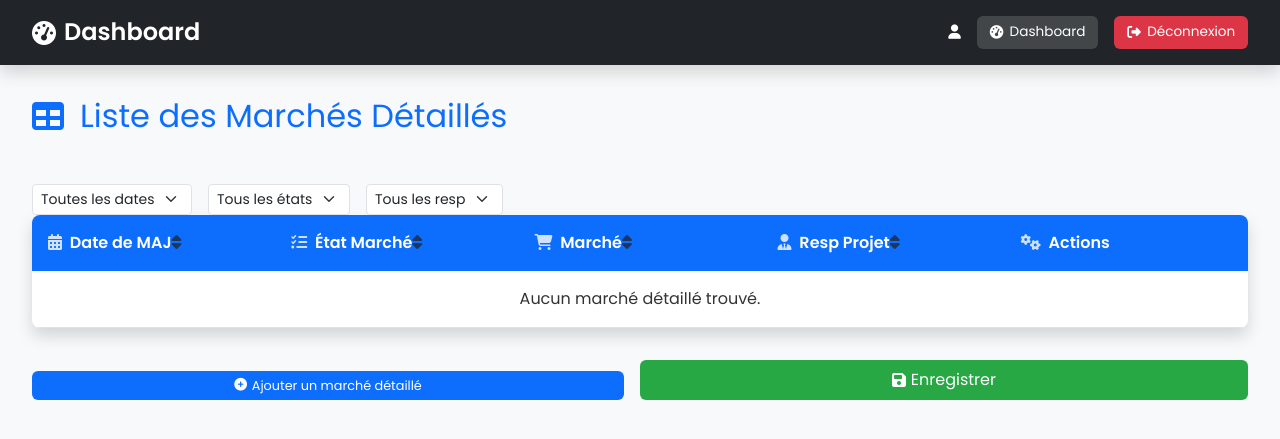
Repository: Andriatiana669/Retour_XP
Page: dashboard/templates/dashboard/liste_marche.html
The author's editor kept a copy of each file at every save. The page is drawn from the files as they stood at one save, then again after the next save.
The browser window is 1280 px wide. The pictures show the whole page.
The page is served by the project's application, run on Django 5.2 (manage.py). Other server files are loaded and not shown. The template is opened directly, without the code that normally fills it, so the values that code supplies are empty.

Above is the page before, as saved 2026-01-07 16:22:24.

### dashboard/templates/dashboard/liste_marche.html
{% extends 'dashboard/base.html' %}
{% load static %}
{% block title %}Marchés – {{ marche_global.nom }}{% endblock %}

{% block extra_css %}
    <link rel="stylesheet" href="{% static 'dashboard/css/liste_marche.css' %}">
{% endblock %}

{% block content %}
<h2><i class="fas fa-table me-2" style="color: var(--primary-color);"></i>
    <span style="color: var(--primary-color);">Liste des Marchés Détaillés</span></h2>

<!-- Barre de filtres -->
<div id="filtersBar" class="filters-bar"></div>

<!-- Tableau -->
<table class="marches-table">
    <thead>
        <tr>
            <th data-type="date"><i class="fas fa-calendar-alt me-1"></i> Date de MAJ</th>
            <th><i class="fas fa-tasks me-1"></i> État Marché</th>
            <th><i class="fas fa-shopping-cart me-1"></i> Marché</th>
            <th><i class="fas fa-user-tie me-1"></i> Resp Projet</th>
            <th><i class="fas fa-cogs me-1"></i> Actions</th>
        </tr>
    </thead>
    <tbody>
        {% for marche in marches_detailles %}
        <tr data-id="{{ marche.id }}">
            <td>{{ marche.date_maj|date:"d/m/Y H:i" }}</td>

            <!-- État modifiable -->
            <td class="etat-cell">
                <form class="etat-inline">
                    {% csrf_token %}
                    <select name="etat" class="etat-select"
                            style="color:{{ marche.etat_affaire.couleur|default:'#6c757d' }};
                                   background:{{ marche.etat_affaire.couleur_fond|default:'#f8f9fa' }};
                                   border-color:{{ marche.etat_affaire.couleur|default:'#ced4da' }};">
                        <option value="">– Non défini –</option>
                        {% for etat in etats %}
                        <option value="{{ etat.id }}"
                                {% if marche.etat_affaire.id == etat.id %}selected{% endif %}
                                style="color:{{ etat.couleur }};background:{{ etat.couleur_fond }};">
                            {{ etat.nom }}
                        </option>
                        {% endfor %}
                    </select>
                    <button type="submit" class="save-etat-btn" title="Actualiser">
                        <i class="fas fa-sync-alt"></i>
                    </button>
                </form>
            </td>

            <td>{{ marche.nom_marche }}</td>
            <td>{{ marche.resp_marche }}</td>

            <!-- Actions -->
            <td>
                <div class="actions-cell">
                    <a href="{% url 'marches:description' marche.id %}" class="btn-voir"><i class="fas fa-eye"></i> </a> <!-- Voir -->
                    <a href="{% url 'dashboard:modifier_marche' marche.id %}" class="btn-voir mod"><i class="fas fa-edit"></i> </a> <!-- Modifier -->
                    <a href="{% url 'dashboard:supprimer_marche' marche.id %}" class="btn-voir del"
                       onclick="return confirm('Supprimer ce marché ?');"><i class="fas fa-trash"></i> </a> <!-- Supprimer -->
                </div>
            </td>
        </tr>
        {% empty %}
        <tr><td colspan="5" class="text-center">Aucun marché détaillé trouvé.</td></tr>
        {% endfor %}
    </tbody>
</table>

<!-- Boutons centrés -->
<div class="center-buttons">
    <a href="{% url 'dashboard:ajouter_marche' marche_global.id %}" class="btn-voir">
        <i class="fas fa-plus-circle"></i> Ajouter un marché détaillé
    </a>
    <button id="saveAllEtats" class="btn-voir save">
        <i class="fas fa-save"></i> Enregistrer
    </button>
</div>
{% endblock %}

{% block extra_js %}
    <script src="{% static 'dashboard/js/liste_marche.js' %}"></script>
{% endblock %}

### dashboard/templates/dashboard/base.html
{% load static %}
<!DOCTYPE html>
<html lang="fr">
<head>
    <meta charset="UTF-8">
    <meta name="viewport" content="width=device-width, initial-scale=1.0">
    <title>{% block title %}Dashboard - Retour XP{% endblock %}</title>

    <!-- Polices et icônes -->
    <link rel="stylesheet" href="https://cdnjs.cloudflare.com/ajax/libs/font-awesome/6.4.0/css/all.min.css">
    <link href="https://fonts.googleapis.com/css2?family=Poppins:wght@300;400;600&display=swap" rel="stylesheet">

    <!-- Bootstrap + CSS global -->
    <link href="https://cdn.jsdelivr.net/npm/bootstrap@5.3.2/dist/css/bootstrap.min.css" rel="stylesheet">
    <link rel="stylesheet" href="{% static 'dashboard/css/dashboard.css' %}">

    {% block extra_css %}{% endblock %}
</head>
<body>
    <!-- HEADER COMMUN -->
    <header>
        <h1><i class="fas fa-tachometer-alt"></i> Dashboard</h1>

        <div class="header-actions">
            <!-- Nom utilisateur -->
            <span class="user-name"><i class="fas fa-user"></i> {{ request.user.username }}</span>

            <!-- Fil d'Ariane (hors page d'accueil) -->
            {% if request.resolver_match.url_name != 'dashboard' %}
            <nav class="breadcrumb-bar">
                <a href="{% url 'dashboard:dashboard' %}" class="btn-nav">
                    <i class="fas fa-tachometer-alt"></i> Dashboard
                </a>
                {% if request.resolver_match.url_name == 'description' %}
                <a href="{% url 'dashboard:liste_marche' object.marche_global.id %}" class="btn-nav">
                    <i class="fas fa-arrow-left"></i> Retour à la liste
                </a>
                {% endif %}
            </nav>
            {% endif %}

            <!-- Déconnexion (rouge) -->
            <a href="{% url 'authentification:logout' %}" class="btn-logout">
                <i class="fas fa-sign-out-alt"></i> Déconnexion
            </a>
        </div>
    </header>

    <!-- CONTENU DES PAGES FILLES -->
    <main>
        {% block content %}{% endblock %}
    </main>

    <!-- JS COMMUN -->
    <script src="https://cdn.jsdelivr.net/npm/bootstrap@5.3.2/dist/js/bootstrap.bundle.min.js"></script>
    {% block extra_js %}{% endblock %}
</body>
</html>

### Retour_XP/urls.py
"""
URL configuration for Retour_XP project.

The `urlpatterns` list routes URLs to views. For more information please see:
    https://docs.djangoproject.com/en/5.2/topics/http/urls/
Examples:
Function views
    1. Add an import:  from my_app import views
    2. Add a URL to urlpatterns:  path('', views.home, name='home')
Class-based views
    1. Add an import:  from other_app.views import Home
    2. Add a URL to urlpatterns:  path('', Home.as_view(), name='home')
Including another URLconf
    1. Import the include() function: from django.urls import include, path
    2. Add a URL to urlpatterns:  path('blog/', include('blog.urls'))
"""
# Retour_XP/urls.py
from django.contrib import admin
from django.urls import path, include
from django.conf import settings
from django.conf.urls.static import static

urlpatterns = [
    path('admin/', admin.site.urls),
    path('', include('authentification.urls')),
    path('dashboard/', include('dashboard.urls')),
    path('marches/', include('marches.urls')),
]

if settings.DEBUG:
    urlpatterns += static(settings.MEDIA_URL, document_root=settings.MEDIA_ROOT)
    urlpatterns += static(settings.STATIC_URL, document_root=settings.STATIC_ROOT)

### authentification/urls.py
# authentification/urls.py
from django.urls import path
from . import views

app_name = 'authentification'

urlpatterns = [
    path('', views.login_view, name='login'),
    path('logout/', views.custom_logout, name='logout'),   # ← nouvelle ligne
]

### dashboard/urls.py
# dashboard/urls.py
from django.urls import path
from . import views

app_name = 'dashboard'

urlpatterns = [
    path('', views.dashboard_view, name='dashboard'),
    path('marche/<int:marche_global_id>/', views.liste_marche_view, name='liste_marche'),
    path('marche/<int:marche_global_id>/ajouter/', views.ajouter_marche_view, name='ajouter_marche'),
    path('marche/change-etat/<int:pk>/', views.change_etat_view, name='change_etat'),
    path('marche/modifier/<int:pk>/', views.modifier_marche_view, name='modifier_marche'),
    path('marche/supprimer/<int:pk>/', views.supprimer_marche_view, name='supprimer_marche'),
]

### marches/urls.py
# marches/urls.py
from django.urls import path
from . import views

app_name = 'marches'

urlpatterns = [
    path('description/<int:marche_detaille_id>/', views.description_view, name='description'),
]

### dashboard/static/dashboard/css/dashboard.css
/* ---------- VARIABLES ---------- */
:root {
    --primary-color: #0d6efd;
    --secondary-color: #6c757d;
    --success-color: #28a745;
    --danger-color: #dc3545;
    --light-color: #f8f9fa;
    --dark-color: #212529;
    --shadow-sm: 0 .125rem .25rem rgba(0,0,0,.075);
    --shadow-md: 0 .5rem 1rem rgba(0,0,0,.15);
    --shadow-lg: 0 1rem 3rem rgba(0,0,0,.175);
    --transition: all .3s ease;
}

/* ---------- BASE ---------- */
body {
    font-family: 'Poppins', 'Segoe UI', Roboto, Arial, sans-serif;
    background: var(--light-color);
    margin: 0;
    padding: 0;
    color: #333;
}

/* ---------- HEADER ---------- */
header {
    background: var(--dark-color);
    color: #fff;
    padding: 1rem 2rem;
    display: flex;
    justify-content: space-between;
    align-items: center;
    box-shadow: var(--shadow-md);
    position: sticky;
    top: 0;
    z-index: 100;
}
header h1 {
    margin: 0;
    font-size: 1.5rem;
    font-weight: 600;
    display: flex;
    align-items: center;
    gap: .5rem;
}

.header-actions {
    display: flex;
    align-items: center;
    gap: 1rem;
}
.user-name {
    font-size: .9rem;
    color: #fff;
    white-space: nowrap;
}

.breadcrumb-bar {
    display: flex;
    gap: .5rem;
}
.btn-nav {
    background: rgba(255,255,255,.15);
    color: #fff;
    padding: .4rem .8rem;
    border-radius: .375rem;
    text-decoration: none;
    font-size: .85rem;
    display: inline-flex;
    align-items: center;
    gap: .4rem;
    transition: background .2s;
}
.btn-nav:hover { background: rgba(255,255,255,.25); }

.btn-logout {
    background: var(--danger-color);
    color: #fff;
    padding: .4rem .8rem;
    border-radius: .375rem;
    text-decoration: none;
    font-size: .85rem;
    display: inline-flex;
    align-items: center;
    gap: .4rem;
    transition: background .2s;
}
.btn-logout:hover { background: #c82333; }

/* ---------- MAIN ---------- */
main {
    padding: 2rem;
    max-width: 1400px;
    margin: 0 auto;
}
main h2 {
    color: var(--dark-color);
    margin-bottom: 1.5rem;
    display: flex;
    align-items: center;
    gap: .5rem;
}

/* ---------- DASHBOARD CONTROLS ---------- */
.dashboard-controls {
    display: flex;
    justify-content: space-between;
    margin-bottom: 1.5rem;
    gap: 1rem;
    flex-wrap: wrap;
}
.search-bar {
    flex: 1;
    min-width: 200px;
}
.search-bar input {
    width: 100%;
    padding: .75rem 1rem;
    border: 1px solid #dee2e6;
    border-radius: .5rem;
    font-size: 1rem;
    transition: var(--transition);
}
.search-bar input:focus {
    border-color: var(--primary-color);
    outline: none;
    box-shadow: 0 0 0 .25rem rgba(13, 110, 253, .25);
}
.filter-options select {
    padding: .75rem 1rem;
    border: 1px solid #dee2e6;
    border-radius: .5rem;
    background: #fff;
    cursor: pointer;
    min-width: 180px;
}

/* ---------- GRILLE ---------- */
.marches-grid {
    display: grid;
    grid-template-columns: repeat(auto-fill, minmax(280px, 1fr));
    gap: 1.5rem;
    margin-top: 1.5rem;
}

/* ---------- CARTE ---------- */
.marche-card {
    background: #fff;
    padding: 1.5rem;
    border-radius: .5rem;
    box-shadow: var(--shadow-sm);
    border: 1px solid #e9ecef;
    display: flex;
    flex-direction: column;
    position: relative;
    overflow: hidden;
    transition: var(--transition);
}
.marche-card::before {
    content: "📊";
    position: absolute;
    top: 1rem;
    right: 1rem;
    font-size: 1.5rem;
    opacity: .1;
    color: var(--primary-color);
}
.marche-card:hover {
    transform: translateY(-5px) scale(1.01);
    box-shadow: var(--shadow-lg);
    border-color: var(--primary-color);
}
.marche-card h3 {
    margin: 0 0 .5rem 0;
    color: var(--primary-color);
    font-weight: 600;
}
.marche-card p {
    color: var(--secondary-color);
    margin: .5rem 0 1rem 0;
    flex-grow: 1;
}
.marche-stats { margin: .5rem 0; }
.projet-count {
    background: var(--success-color);
    color: #fff;
    padding: .25rem .75rem;
    border-radius: 1rem;
    font-size: .875rem;
    font-weight: 600;
    display: inline-flex;
    align-items: center;
    gap: .5rem;
}
.projet-count::before { content: "📦"; }

/* ---------- BOUTON ---------- */
.btn-voir {
    display: inline-flex;
    align-items: center;
    gap: .5rem;
    margin-top: auto;
    padding: .5rem 1rem;
    background: var(--primary-color);
    color: #fff;
    text-decoration: none;
    border-radius: .375rem;
    font-weight: 500;
    transition: var(--transition);
    align-self: flex-start;
}
.btn-voir:hover {
    background: #0b5ed7;
    transform: translateY(-1px);
}

/* ---------- ANIMATION ---------- */
@keyframes fadeIn {
    from { opacity: 0; transform: translateY(10px); }
    to { opacity: 1; transform: translateY(0); }
}
.marche-card { animation: fadeIn .3s ease forwards; }

/* ---------- RESPONSIVE ---------- */
@media (max-width: 768px) {
    .dashboard-controls { flex-direction: column; }
    .marches-grid { grid-template-columns: 1fr; }
}

### dashboard/static/dashboard/css/liste_marche.css
/* ---------- VARIABLES ---------- */
:root {
    --primary-color: #0d6efd;
    --secondary-color: #6c757d;
    --success-color: #28a745;
    --danger-color: #dc3545;
    --light-color: #f8f9fa;
    --dark-color: #212529;
    --shadow-sm: 0 .125rem .25rem rgba(0,0,0,.075);
    --shadow-md: 0 .5rem 1rem rgba(0,0,0,.15);
    --transition: all .3s ease;
    --hover-bg: rgba(13,110,253,.1);
    --border-color: #dee2e6;
}

/* ---------- BASE ---------- */
body {
    font-family: 'Poppins', Arial, sans-serif;
    margin: 0;
    padding: 0;
    background: var(--light-color);
    color: #333;
}

/* ---------- FILTRES ---------- */
.filters-bar {
    display: flex;
    flex-wrap: wrap;
    gap: 1rem;
    margin-bottom: 1.5rem;
    align-items: center;
}
.filters-bar label {
    font-weight: 600;
    font-size: .9rem;
    color: var(--dark-color);
    white-space: nowrap;
}
.filters-bar select {
    min-width: 180px;
    font-size: .85rem;
    padding: .35rem .5rem;
    border: 1px solid var(--border-color);
    border-radius: .25rem;
    background: #fff;
    transition: border-color .2s, box-shadow .2s;
}
.filters-bar select:focus {
    border-color: var(--primary-color);
    box-shadow: 0 0 0 .15rem rgba(13,110,253,.25);
    outline: none;
}

/* ---------- TABLE ---------- */
.marches-table {
    width: 100%;
    background: #fff;
    border-radius: .5rem;
    overflow: hidden;
    box-shadow: var(--shadow-md);
    border-collapse: separate;
    border-spacing: 0;
}
.marches-table thead { display: table; width: 100%; table-layout: fixed; }
.marches-table th {
    background: var(--primary-color);
    color: #fff;
    padding: 1rem;
    text-align: left;
    font-weight: 600;
    cursor: pointer;
    user-select: none;
}
.marches-table th i { color: rgba(255,255,255,.8); }
.marches-table tbody { display: table; width: 100%; table-layout: fixed; }
.marches-table td {
    padding: 1rem;
    border-bottom: 1px solid var(--border-color);
    vertical-align: middle;
}
.marches-table tbody tr:hover { background: var(--hover-bg); }

/* ---------- ACTIONS ---------- */
.actions-cell {
    display: flex;
    gap: .4rem;
    flex-wrap: wrap;
}
/* boutons identiques : même taille + icônes */
.btn-voir {
    flex: 1 1 0;
    min-width: 70px;
    padding: .3rem .5rem;
    font-size: .8rem;
    border-radius: .375rem;
    text-decoration: none;
    color: #fff;
    display: inline-flex;
    align-items: center;
    justify-content: center;
    gap: .3rem;
    transition: var(--transition);
    text-align: center;
}
.btn-voir:hover { transform: translateY(-1px); }

/* couleurs */
.btn-voir.mod { background: var(--secondary-color); }
.btn-voir.del { background: var(--danger-color); }
.btn-voir.save { background: var(--success-color); }

/* ---------- ÉTAT ---------- */
.etat-cell { vertical-align: middle; }
.etat-inline {
    display: flex;
    gap: .25rem;
    align-items: center;
}
.etat-select {
    max-width: 160px;
    font-size: .85rem;
    font-weight: 600;
    border-radius: .25rem;
    padding: .25rem .4rem;
    border: 1px solid;
    transition: var(--transition);
}
.save-etat-btn {
    background: transparent;
    border: none;
    color: var(--primary-color);
    cursor: pointer;
    font-size: .9rem;
    padding: .2rem .4rem;
    border-radius: .25rem;
    transition: background .2s;
}
.save-etat-btn:hover { background: var(--hover-bg); }

/* ---------- BOUTONS CENTRÉS ---------- */
.center-buttons {
    display: flex;
    justify-content: center;
    gap: 1rem;
    margin: 2rem 0;
}

/* bouton « Enregistrer » : même taille qu’« Ajouter » + pas de bordure */
.center-buttons .btn-voir.save {
    border: none;                       /* ← plus de bordure */
    min-width: auto;                    /* ← même largeur que le voisin */
    padding: .5rem 1rem;                /* ← même padding que « Ajouter » */
    font-size: 1rem;                    /* ← même taille de texte */
}

/* ---------- RESPONSIVE ---------- */
@media (max-width: 768px) {
    .marches-table { font-size: .875rem; }
    .marches-table th, .marches-table td { padding: .75rem; }
    .btn-voir { min-width: 60px; font-size: .75rem; }
}

### dashboard/static/dashboard/js/liste_marche.js
/*  dashboard/static/dashboard/js/liste_marche.js  */
document.addEventListener('DOMContentLoaded', () => {
    /* ---------- UTILS ---------- */
    const $ = s => document.querySelector(s);
    const $$ = s => [...document.querySelectorAll(s)];

    const table   = $('.marches-table tbody');
    const rows    = $$('tr[data-id]');
    const csrf    = $('[name=csrfmiddlewaretoken]')?.value;

    /* ---------- TRI ---------- */
    let sortState = {}; // {colIndex: 1|-1}
    $$('thead th').forEach((th, idx) => {
        if (idx > 3) return; // on ne tri que les 4 premières colonnes
        th.style.cursor = 'pointer';
        th.insertAdjacentHTML('beforeend', '<i class="fas fa-sort text-muted sort-icon"></i>');
        th.addEventListener('click', () => {
            const dir = (sortState[idx] || 1) * -1;
            sortState = {[idx]: dir};
            const sorted = [...rows].sort((a, b) => {
                let va = a.cells[idx].textContent.trim();
                let vb = b.cells[idx].textContent.trim();
                if (idx === 0) { // Date de MAJ
                    va = new Date(va.split('/').reverse().join('-'));
                    vb = new Date(vb.split('/').reverse().join('-'));
                }
                return va > vb ? dir : -dir;
            });
            sorted.forEach(r => table.appendChild(r));
        });
    });

    /* ---------- FILTRES ---------- */
    // 1) filtre Date
    const dateFilter = document.createElement('select');
    dateFilter.className = 'form-select form-select-sm d-inline-block w-auto me-3';
    dateFilter.innerHTML = `
        <option value="all">Toutes les dates</option>
        <option value="today">Aujourd'hui</option>
        <option value="week">Cette semaine</option>
        <option value="month">Ce mois</option>`;
    document.querySelector('.marches-table').before(dateFilter);

    // 2) filtre État
    const etatFilter = document.createElement('select');
    etatFilter.className = 'form-select form-select-sm d-inline-block w-auto me-3';
    etatFilter.innerHTML = '<option value="all">Tous les états</option>';
    const etats = [...new Set(rows.map(r => r.querySelector('select[name="etat"] option:checked')?.textContent.trim() || 'Non défini'))];
    etats.sort().forEach(e => etatFilter.innerHTML += `<option value="${e}">${e}</option>`);
    document.querySelector('.marches-table').before(etatFilter);

    // 3) filtre Resp
    const respFilter = document.createElement('select');
    respFilter.className = 'form-select form-select-sm d-inline-block w-auto me-3';
    respFilter.innerHTML = '<option value="all">Tous les resp</option>';
    const resps = [...new Set(rows.map(r => r.cells[3].textContent.trim()))];
    resps.sort().forEach(r => respFilter.innerHTML += `<option value="${r}">${r}</option>`);
    document.querySelector('.marches-table').before(respFilter);

    /* ---------- APPLICATION DES FILTRES ---------- */
    function applyFilters() {
        const dVal = dateFilter.value;
        const eVal = etatFilter.value;
        const rVal = respFilter.value;

        const now = new Date();
        const startOfWeek = new Date(now.setDate(now.getDate() - now.getDay()));
        const startOfMonth = new Date(now.getFullYear(), now.getMonth(), 1);

        rows.forEach(tr => {
            const dateTxt = tr.cells[0].textContent.trim();
            const dateRow = new Date(dateTxt.split('/').reverse().join('-'));
            const etatTxt = tr.querySelector('select[name="etat"] option:checked')?.textContent.trim() || 'Non défini';
            const respTxt = tr.cells[3].textContent.trim();

            let okDate = dVal === 'all' ||
                (dVal === 'today' && dateRow.toDateString() === new Date().toDateString()) ||
                (dVal === 'week' && dateRow >= startOfWeek) ||
                (dVal === 'month' && dateRow >= startOfMonth);

            let okEtat = eVal === 'all' || etatTxt === eVal;
            let okResp = rVal === 'all' || respTxt === rVal;

            tr.style.display = (okDate && okEtat && okResp) ? '' : 'none';
        });
    }
    dateFilter.addEventListener('change', applyFilters);
    etatFilter.addEventListener('change', applyFilters);
    respFilter.addEventListener('change', applyFilters);

    /* ---------- SAUVEGARDE RAPIDE DES ÉTATS ---------- */
    const saveBtn = $('#saveAllEtats');
    if (saveBtn) {
        saveBtn.addEventListener('click', async () => {
            let okCount = 0;
            for (const tr of rows) {
                if (tr.style.display === 'none') continue; // on ignore les lignes cachées
                const id = tr.dataset.id;
                const etatId = tr.querySelector('select[name="etat"]').value;
                try {
                    const resp = await fetch(`/dashboard/marche/change-etat/${id}/`, {
                        method: 'POST',
                        headers: {'X-CSRFToken': csrf, 'Content-Type': 'application/json'},
                        body: JSON.stringify({etat: etatId})
                    });
                    if (resp.ok) okCount++;
                } catch (e) { console.error(e); }
            }
            alert(`${okCount} état(s) mis à jour`);
            location.reload();
        });
    }
});

After the next save:
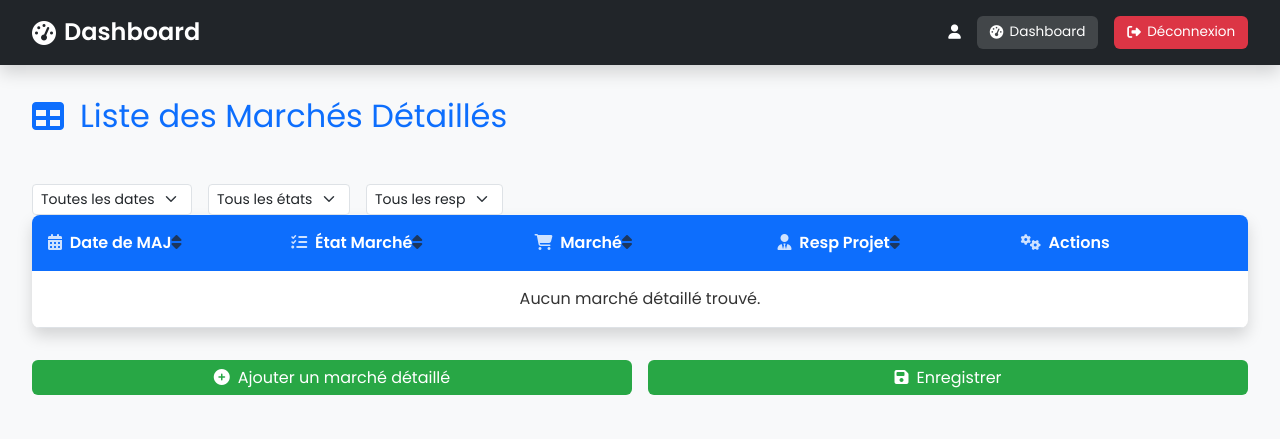
Saved 2 min 38 s later.
--- a/dashboard/static/dashboard/css/liste_marche.css
+++ b/dashboard/static/dashboard/css/liste_marche.css
@@ -145,6 +145,30 @@ body {
     margin: 2rem 0;
 }
 
+/* même look pour <a> et <button> */
+.center-buttons .btn-voir,
+.center-buttons button.btn-voir {
+    border: none;
+    min-width: auto;
+    padding: .5rem 1rem;
+    font-size: 1rem;
+    line-height: 1.2;
+    display: inline-flex;
+    align-items: center;
+    justify-content: center;
+    gap: .5rem;
+    text-decoration: none;
+    cursor: pointer;
+    background: var(--success-color); /* couleur spécifique au bouton save */
+    color: #fff;
+    border-radius: .375rem;
+    transition: var(--transition);
+}
+.center-buttons .btn-voir:hover,
+.center-buttons button.btn-voir:hover {
+    transform: translateY(-1px);
+}
+
 /* bouton « Enregistrer » : même taille qu’« Ajouter » + pas de bordure */
 .center-buttons .btn-voir.save {
     border: none;                       /* ← plus de bordure */
